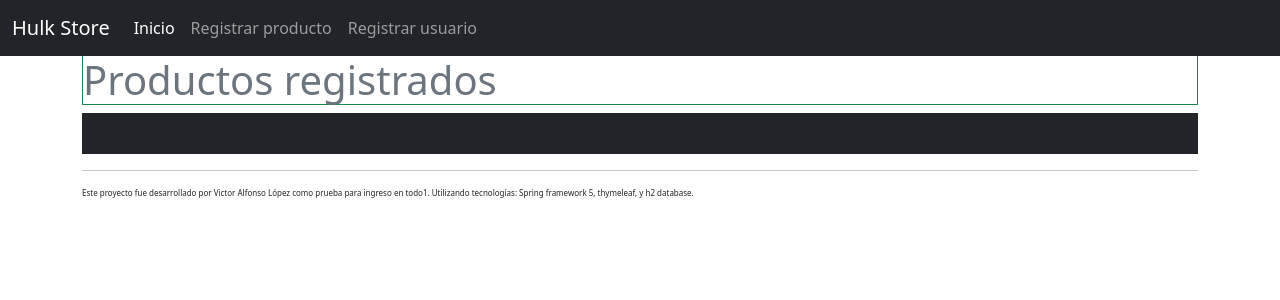
Repository: alfonsoLopez1992/PruebaTODO1
Page: http://localhost/usuario/listado
The author's editor kept a copy of each file at every save. The page is drawn from the files as they stood at one save, then again after the next save.
The browser window is 1280 px wide. The pictures show the whole page.
Some web libraries are served in a nearby version. The page is this project's Thymeleaf template; nobody is signed in. The template is opened directly, without the code that normally fills it, so the values that code supplies are empty.

Above is the page before, as saved 2021-02-15 20:12:24.

After the next save:
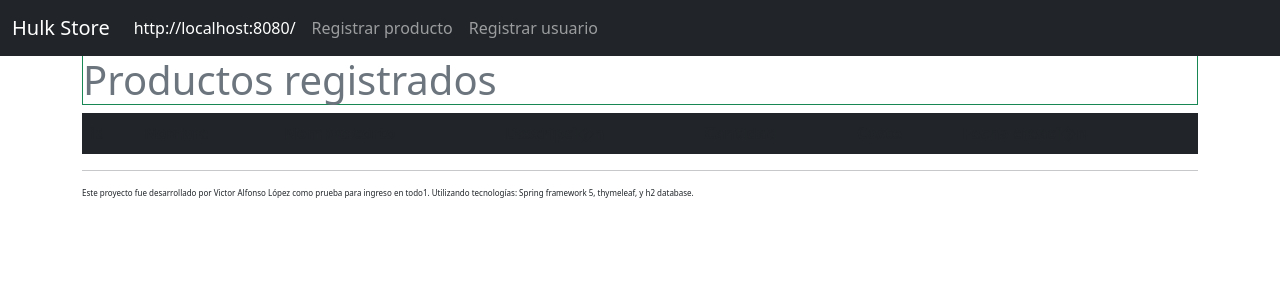
Saved 2 min 10 s later.
--- a/hulk-store-internet/src/main/resources/templates/layout/layout.html
+++ b/hulk-store-internet/src/main/resources/templates/layout/layout.html
@@ -24,11 +24,11 @@
 				<div class="collapse navbar-collapse" id="navbarNav">
 					<ul class="navbar-nav">
 						<li class="nav-item"><a class="nav-link active"
-							aria-current="page" href="index">Inicio</a></li>
+							aria-current="page" href="index">http://localhost:8080/</a></li>
 
-						<li class="nav-item"><a class="nav-link" href="producto/listar">Registrar producto</a>
+						<li class="nav-item"><a class="nav-link" href="http://localhost:8080/producto/listar">Registrar producto</a>
 						</li>
-						<li class="nav-item"><a class="nav-link" href="usuario/index">Registrar usuario</a>
+						<li class="nav-item"><a class="nav-link" href="http://localhost:8080/usuario/index">Registrar usuario</a>
 						</li>
 					</ul>
 				</div>

After the save that followed:
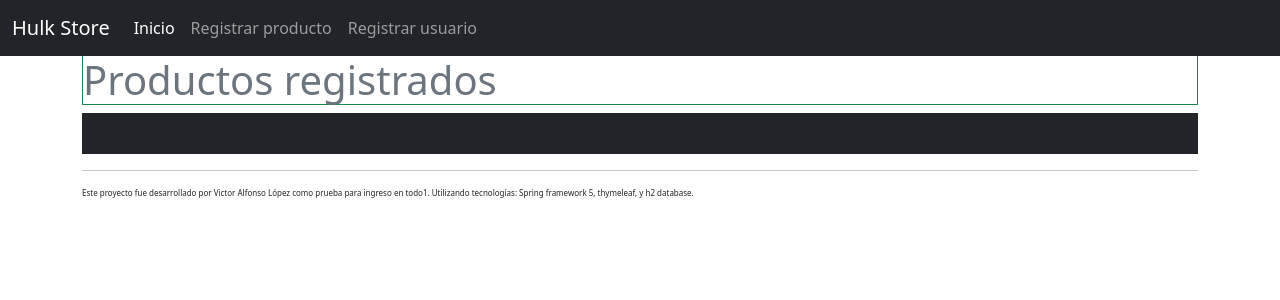
Saved 12 s later.
--- a/hulk-store-internet/src/main/resources/templates/layout/layout.html
+++ b/hulk-store-internet/src/main/resources/templates/layout/layout.html
@@ -24,7 +24,7 @@
 				<div class="collapse navbar-collapse" id="navbarNav">
 					<ul class="navbar-nav">
 						<li class="nav-item"><a class="nav-link active"
-							aria-current="page" href="index">http://localhost:8080/</a></li>
+							aria-current="page" href="http://localhost:8080/">Inicio</a></li>
 
 						<li class="nav-item"><a class="nav-link" href="http://localhost:8080/producto/listar">Registrar producto</a>
 						</li>
